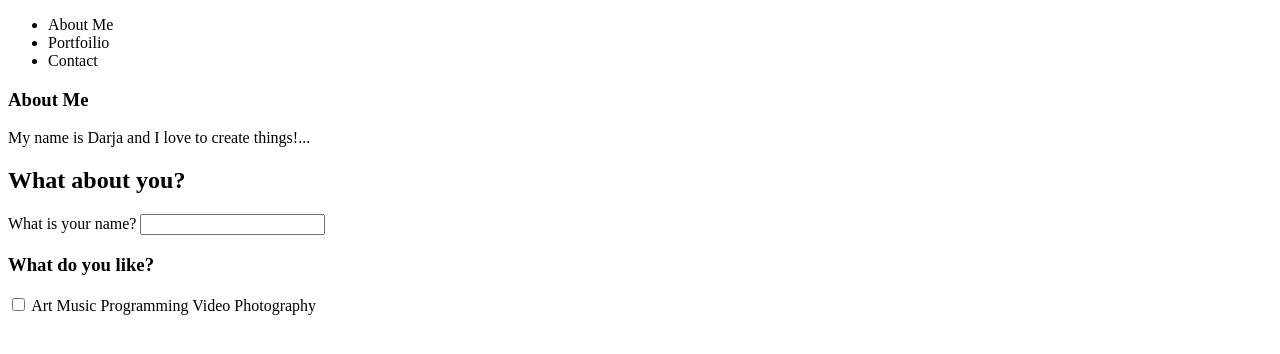
Repository: holyygreg/PortfolioProject
Page: code files/index.html
These files come from the project's save history. The page is drawn as it stood at one moment and after a run of saves; the edit follows.
The browser window is 1280 px wide. The pictures show the whole page.

Above is the page before, as saved 2024-08-02 16:02:12.

### code files/index.html
<!DOCTYPE html>
<html lang="en">
<head>
    <meta charset="UTF-8">
    <meta name="viewport" content="width=device-width, initial-scale=1.0">
    <title>Document</title>
</head>

<body>
    <header>
        <nav>
            <ul>
                <li>About Me</li>
                <li>Portfoilio</li>
                <li>Contact</li>
            </ul>
        </nav>
    </header>

    <section>
        <article>
            <h1>About Me</h1>
            <p>My name is Darja and I love to create things!...</p>
        </article>
    </section>

    <section>
        <h2>What about you?</h2>
        <label>What is your name?</label>
        <input type="text"/>
        <br>

        <h3>What do you like?</h3>
        <input type="checkbox" id="hobby1" name="hobby1" value="art">
        <label for="hobby1">Art</label>
        <label value="music">Music</label>
        <label value="program">Programming</label>
        <label value="video">Video</label>
        <label value="photo">Photography</label>

    </section>
</body>
</html>

After the next 4 saves:
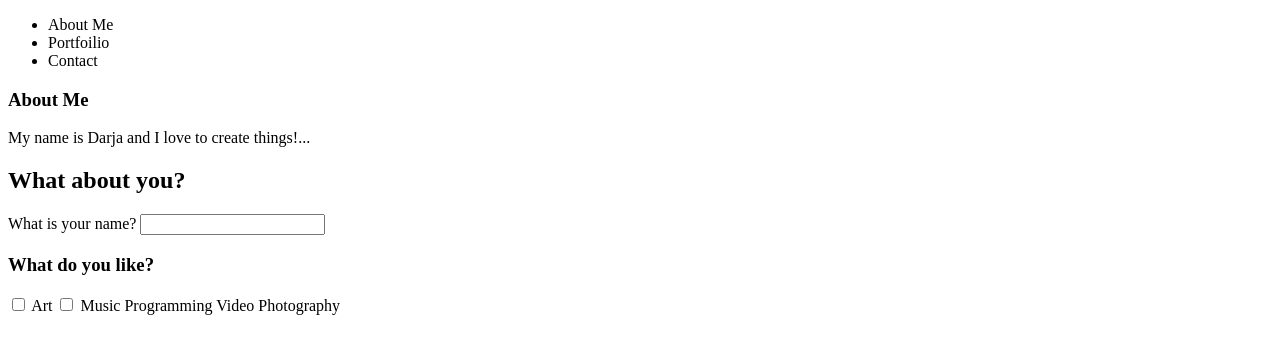
The 4 saves are shown as one change because they came seconds apart.
The last was saved 15 s later.
--- a/code files/index.html
+++ b/code files/index.html
@@ -33,6 +33,7 @@
         <h3>What do you like?</h3>
         <input type="checkbox" id="hobby1" name="hobby1" value="art">
         <label for="hobby1">Art</label>
+        <input type="checkbox" id="hobby2" name="hobby2" value="music">
         <label value="music">Music</label>
         <label value="program">Programming</label>
         <label value="video">Video</label>
